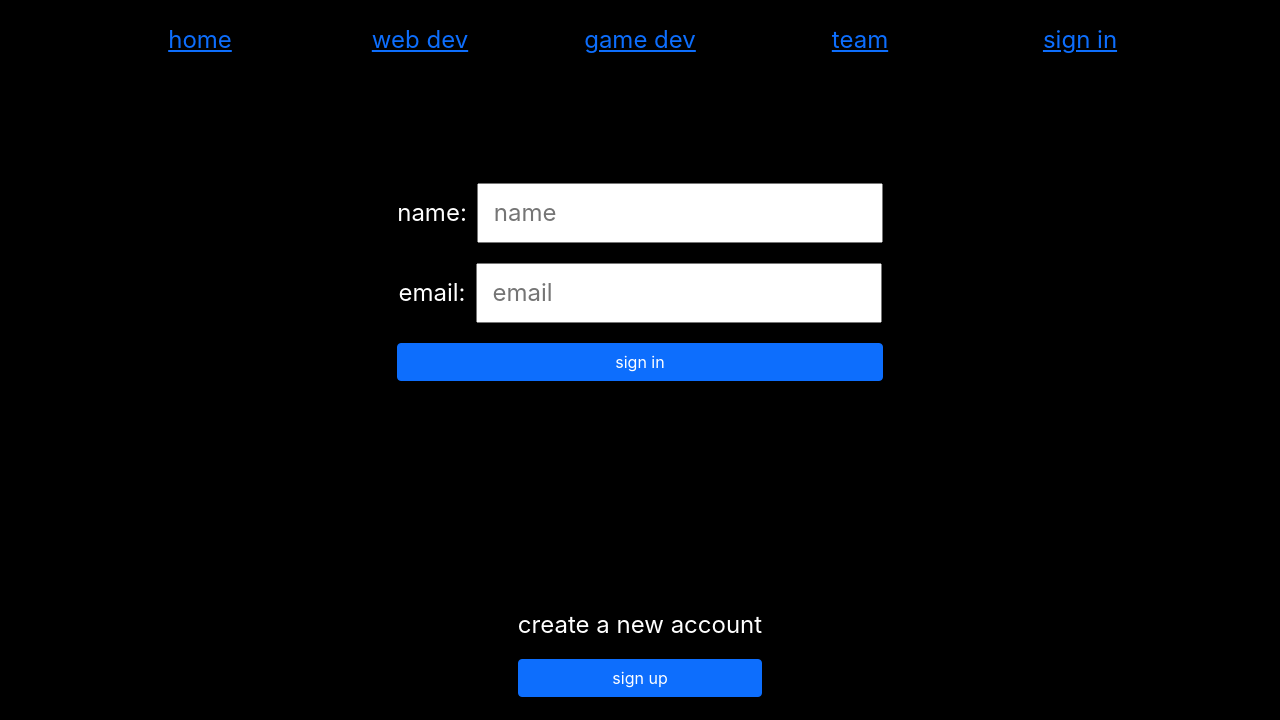
Repository: romAtam/5778
Page: /signin
An editor plug-in stored every save of this project. The page is shown before and after the next save, followed by the edit.
The browser window is 1280 px wide. The pictures show the whole page.
The project was rebuilt for these pictures with package versions that can differ from the ones it lists, and the page was loaded fresh each time. Also part of the build but not shown: src/Pages/Home.js, src/Pages/Game.js, src/Pages/Web.js, src/Pages/Team.js, src/Pages/User.js, src/Pages/Register.js.

Above is the page before, as saved 2021-12-12 02:21:36.

### public/index.html
<!DOCTYPE html>
<html lang="en">
  <head>
    <meta charset="utf-8" />
    <link rel="icon" href="%PUBLIC_URL%/favicon.ico" />
    <meta name="viewport" content="width=device-width, initial-scale=1" />
    <meta name="theme-color" content="#000000" />
    <link href="https://cdn.jsdelivr.net/npm/bootstrap@5.0.2/dist/css/bootstrap.min.css" rel="stylesheet" integrity="sha384-EVSTQN3/azprG1Anm3QDgpJLIm9Nao0Yz1ztcQTwFspd3yD65VohhpuuCOmLASjC" crossorigin="anonymous">
    <meta
      name="description"
      content="Web site created using create-react-app"
    />
    <link rel="apple-touch-icon" href="%PUBLIC_URL%/logo192.png" />
    <!--
      manifest.json provides metadata used when your web app is installed on a
      user's mobile device or desktop. See https://developers.google.com/web/fundamentals/web-app-manifest/
    -->
    <link rel="manifest" href="%PUBLIC_URL%/manifest.json" />
    <!--
      Notice the use of %PUBLIC_URL% in the tags above.
      It will be replaced with the URL of the `public` folder during the build.
      Only files inside the `public` folder can be referenced from the HTML.

      Unlike "/favicon.ico" or "favicon.ico", "%PUBLIC_URL%/favicon.ico" will
      work correctly both with client-side routing and a non-root public URL.
      Learn how to configure a non-root public URL by running `npm run build`.
    -->
    <title>React App</title>
  </head>
  <body>
    <noscript>You need to enable JavaScript to run this app.</noscript>
    <div id="root"></div>
    <!--
      This HTML file is a template.
      If you open it directly in the browser, you will see an empty page.

      You can add webfonts, meta tags, or analytics to this file.
      The build step will place the bundled scripts into the <body> tag.

      To begin the development, run `npm start` or `yarn start`.
      To create a production bundle, use `npm run build` or `yarn build`.
    -->
  </body>
</html>

### src/index.js
import React from 'react';
import ReactDOM from 'react-dom';
import './index.css';
import App from './App';

import {BrowserRouter as Router} from "react-router-dom"
ReactDOM.render(
  <React.StrictMode>
    <Router>
       <App />
    </Router>

  </React.StrictMode>,
  document.getElementById('root')
);

### src/App.js

import './App.css';
import Nav from './Nav'
import {Routes,Route,useParams} from "react-router-dom"
import Home from "./Pages/Home"
import Game from "./Pages/Game"
import Web from "./Pages/Web"
import Team from "./Pages/Team"
import Signin from "./Pages/Signin"
import User from "./Pages/User"
import Register from "./Pages/Register"
function App() {
  return (
    <div className="App">
<Nav/>
<Routes>
  <Route path="/" element={<Home/>}/>
  <Route path="/game" element={<Game/>}/>
  <Route path="/web" element={<Web/>}/>
  <Route path="/team" element={<Team/>}>
      <Route path=":id" element={<User/>}/>
  </Route>

  <Route path="/signin" element={<Signin/>}/>
  <Route path="/register" element={<Register/>}/>
</Routes>



    </div>
  );
}




export default App;

### src/Nav.js
import React from 'react'
import{Link} from "react-router-dom"
import styled from "styled-components"

const NavContainer=styled.div`
display: grid;
grid-gap:20px;
justify-content:center;
align-items:center;
height:80px;
font-size:1.5rem;
padding:1rem 2rem;
border-bottom: 1px solid #000;
grid-template-columns: repeat(5,minmax(100px,200px));
background-color:black;
@media (max-width: 768px){
    grid-template-columns: 1fr;
    height:100vh;
    max-height:800px ;
}

`
const Nav = () => {



    return (
        <NavContainer>
               <Link to="/">home</Link>
               <Link to="/web">web dev</Link>
               <Link to="/game">game dev</Link>
               <Link to="/team">team</Link>
               <Link to="/signin">sign in</Link>
        </NavContainer>
    )
}

export default Nav

### src/Pages/Signin.js
import React from 'react'
import {Link} from "react-router-dom"
import styled from "styled-components"
const FormWrapper=styled.div`
position:fixed;
top:80px;
bottom:0;
right:0;
left:0;
width:100vw;
height:100vh;
background-color:black;
z-index:1;
display:grid;
grid-gap:20px;
justify-content:center;
align-items:center;
color:white;

`
const Form=styled.form`
font-size:1.5rem;
display:grid ;
grid-gap:20px;
justify-content:center;
align-items:center;


`
const Registdiv=styled.div`
display:grid;
font-size:1.5rem;
justify-content:center;
align-items:center;
`
const Input=styled.input`
padding:10px 15px;
margin-left:10px;

`
const Layout=styled.div`
position:sticky;
top:0;
left:0;
height:80px;
display:grid;
justify-content:start;
align-items:start;
z-index:999;



`

const Signin = () => {
    return (

         <FormWrapper>
            <Form action="">
                <div>
                      <label htmlFor="name">name:</label>
                 <Input type="text" placeholder="name"/>
                </div>
              <div>
                   <label htmlFor="email">email:</label>
 <Input type="email" placeholder="email"/>
              </div>

 <button className="btn btn-primary" type="submit">sign in</button>

            </Form>
            <Registdiv>
                <p>create a new account</p>
 <Link className="btn btn-primary"to="/register">sign up</Link>
            </Registdiv>

        </FormWrapper>


    )
}

export default Signin

Loaded but not shown: src/index.css (common file); src/App.css (common file)

After the next save:
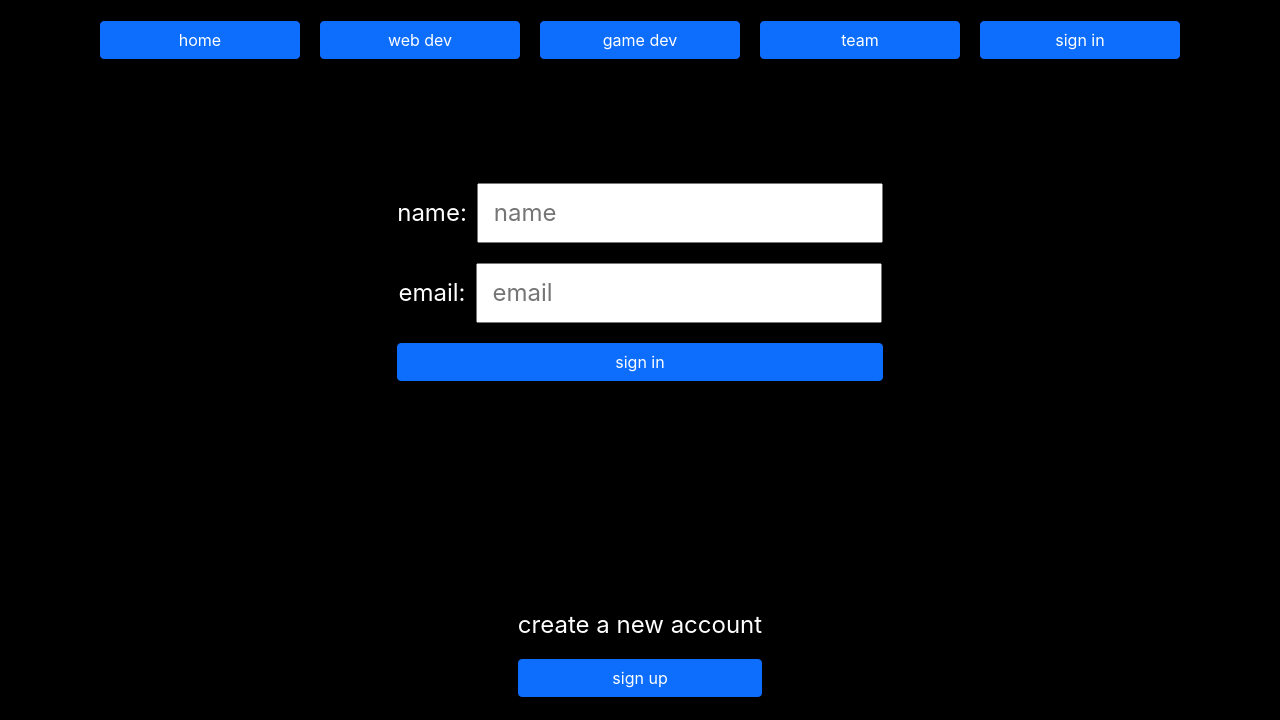
Saved 88 s later.
--- a/src/Nav.js
+++ b/src/Nav.js
@@ -20,17 +20,18 @@ background-color:black;
 }
 
 `
+
 const Nav = () => {
 
 
 
     return (
         <NavContainer>
-               <Link to="/">home</Link>
-               <Link to="/web">web dev</Link>
-               <Link to="/game">game dev</Link>
-               <Link to="/team">team</Link>
-               <Link to="/signin">sign in</Link>
+               <Link className="btn btn-primary" to="/">home</Link>
+               <Link className="btn btn-primary" to="/web">web dev</Link>
+               <Link className="btn btn-primary" to="/game">game dev</Link>
+               <Link className="btn btn-primary" to="/team">team</Link>
+               <Link className="btn btn-primary" to="/signin">sign in</Link>
         </NavContainer>
     )
 }
